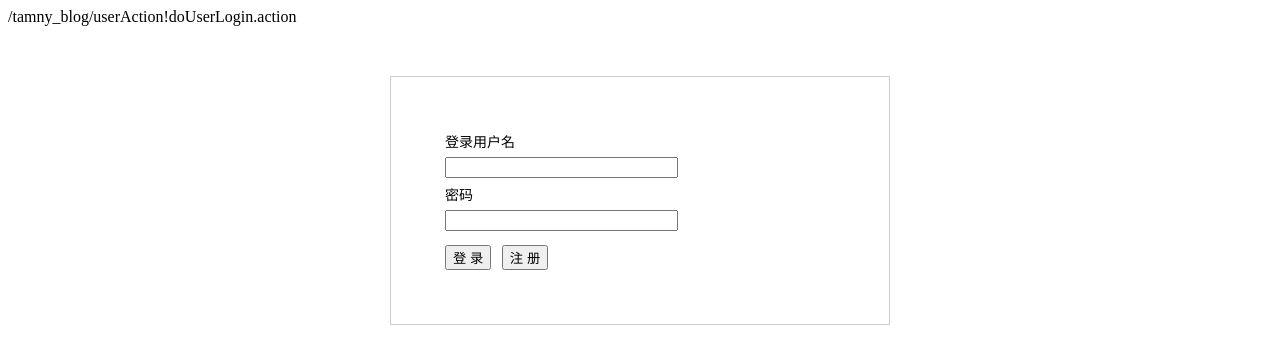
Repository: tangqingyun/java
Page: http://localhost/tamny_blog/Login.jsp
An editor plug-in stored every save of this project. The page is shown before and after the next save, followed by the edit.
The browser window is 1280 px wide. The pictures show the whole page.
The page is served by Tomcat 9. Nobody is signed in. The application's start-up code is not run. Other server files are loaded and not shown.

Above is the page before, as saved 2015-01-20 01:58:40.

### tamny_blog/WebContent/Login.jsp
<%@ page language="java" import="java.util.*" pageEncoding="UTF-8"%>
<%@ page import="java.sql.*"%>
<%@ page import="com.data.*"%>
<%@ include file="BasePage.jsp"%>

<!DOCTYPE html PUBLIC "-//W3C//DTD HTML 4.01 Transitional//EN" "http://www.w3.org/TR/html4/loose.dtd">
<html>
<head>
<meta http-equiv="Content-Type" content="text/html; charset=ISO-8859-1">
<title>用户登录</title>
<link href="css/main.css" rel="stylesheet" />
</head>
<%
	//request.setCharacterEncoding("UTF-8");//设置编码

	/*try {
		String driver = "com.mysql.jdbc.Driver";//驱动程序名
		String url = "jdbc:mysql://192.168.7.87:3306/blogs";//URL指向要访问的数据库名mysql
		String user = "admin";
		String password = "123456";

		IDatabase db = new Database(driver, url, user, password);
		String sql="INSERT INTO users(name,password) values(?,?)";
		db.executeSQL(sql,"test02","123456");


	} catch (Exception ex) {
		out.println("Error : " + ex.toString());
	}

	String uname = request.getParameter("userName");
	String upwd = request.getParameter("userPwd");
	if (uname != null && upwd != null) {

		out.print(uname);
	}*/
%>
<body>
${pageContext.request.contextPath}/userAction!doUserLogin.action
	<form action="/sln_struts2/blogs/LoginAction.action" method="post">
		<table id="table_01">
			<tr>
				<td>登录用户名</td>
			</tr>
			<tr>
				<td><input type="text" name="userName" size="26" /></td>
			</tr>
			<tr>
				<td>密码</td>
			</tr>
			<tr>
				<td><input type="text" name="userPwd" size="26" /></td>
			</tr>
			<tr>
				<td style="padding-top: 10px;"><input type="submit"
					name="submit" value="登 录" />&nbsp;&nbsp; <input type="button"
					name="submit" value="注 册" onclick="location.href='Reg.jsp'" /></td>
			</tr>
		</table>
	</form>
</body>
</html>

### tamny_blog/WebContent/BasePage.jsp
<%@ page language="java" import="java.util.*" pageEncoding="UTF-8"%>

<%
	request.setCharacterEncoding("UTF-8");//设置编码
%>

### tamny_blog/WebContent/css/main.css
@CHARSET "UTF-8";
table{

font-size:14px;
}
table tr td{padding:2px;}

#table_01{

	border:1px solid #ccc;width:500px;margin:0 auto;padding:50px;background:white;margin-top:50px;
}

After the next save:
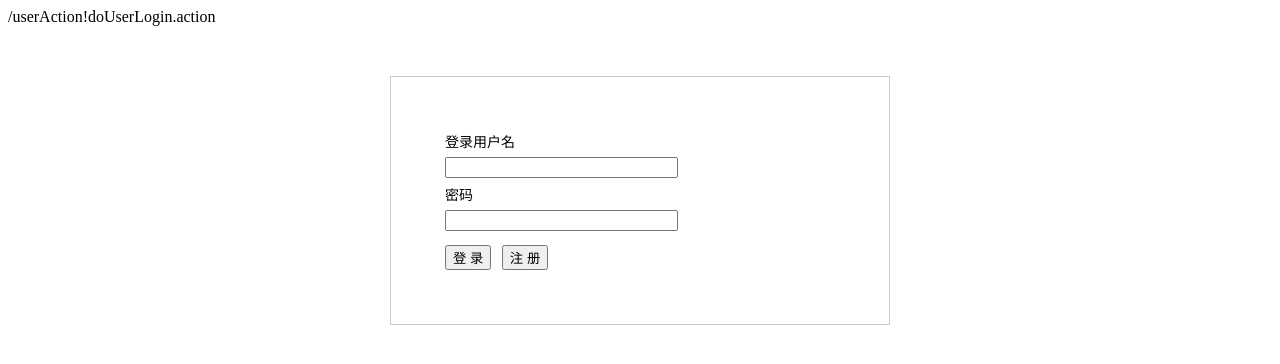
Saved 13 min 24 s later.
--- a/tamny_blog/WebContent/Login.jsp
+++ b/tamny_blog/WebContent/Login.jsp
@@ -36,7 +36,7 @@
 	}*/
 %>
 <body>
-${pageContext.request.contextPath}/userAction!doUserLogin.action
+/userAction!doUserLogin.action
 	<form action="/sln_struts2/blogs/LoginAction.action" method="post">
 		<table id="table_01">
 			<tr>
